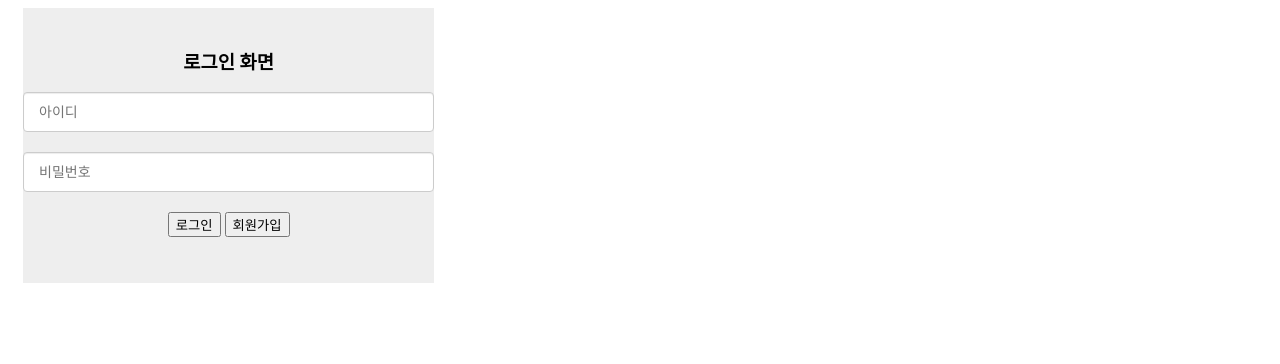
Repository: minjikimkim2222/BBS
Page: http://localhost/BBS/login.jsp
The author's editor kept a copy of each file at every save. The page is drawn from the files as they stood at one save, then again after the next save.
The browser window is 1280 px wide. The pictures show the whole page.
The page is served by Tomcat 9.

Above is the page before, as saved 2024-01-01 09:26:28.

After the next save:
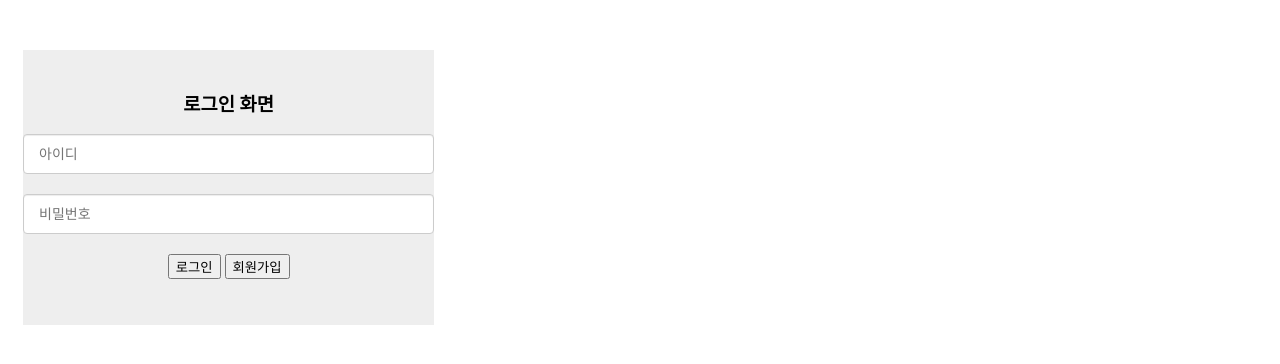
Saved 18 s later.
--- a/BBS/src/main/webapp/login.jsp
+++ b/BBS/src/main/webapp/login.jsp
@@ -12,7 +12,7 @@
 <body>
 
 
-		<div class = "container">
+		<div class = "container center-content">
 		<div class = "col-lg-4">
 			<div class = "jumbotron" style = "padding-top : 20px;">
 				<form method = "post" action="">
